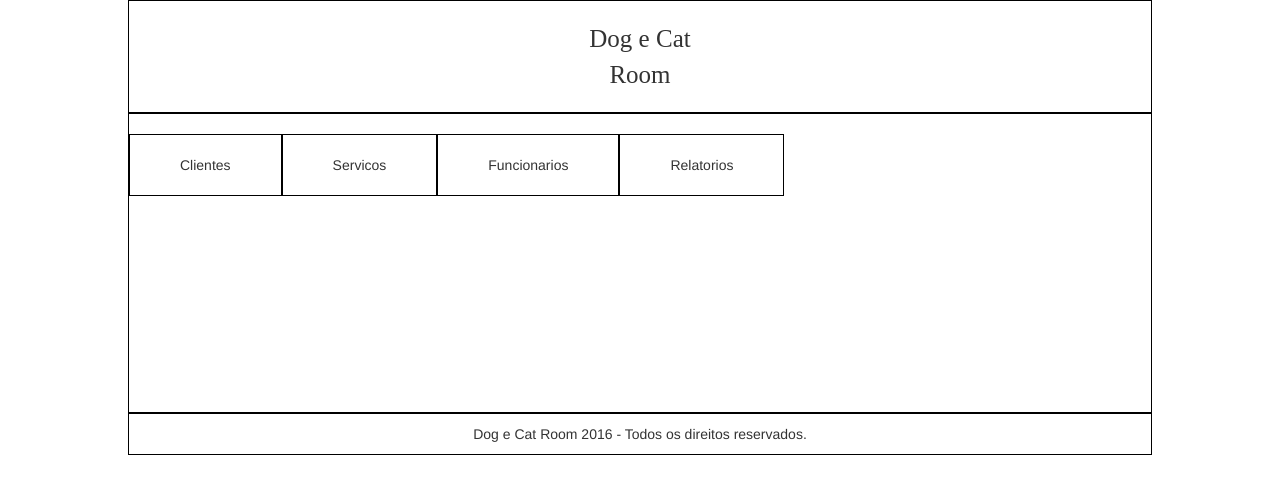
Repository: Natanzx/DogECatRoom
Page: http://localhost/DogECatRoom/principal.jsp
An editor plug-in stored every save of this project. The page is shown before and after the next save, followed by the edit.
The browser window is 1280 px wide. The pictures show the whole page.
The page is served by Tomcat 9.

Above is the page before, as saved 2016-05-15 20:06:22.

After the next save:
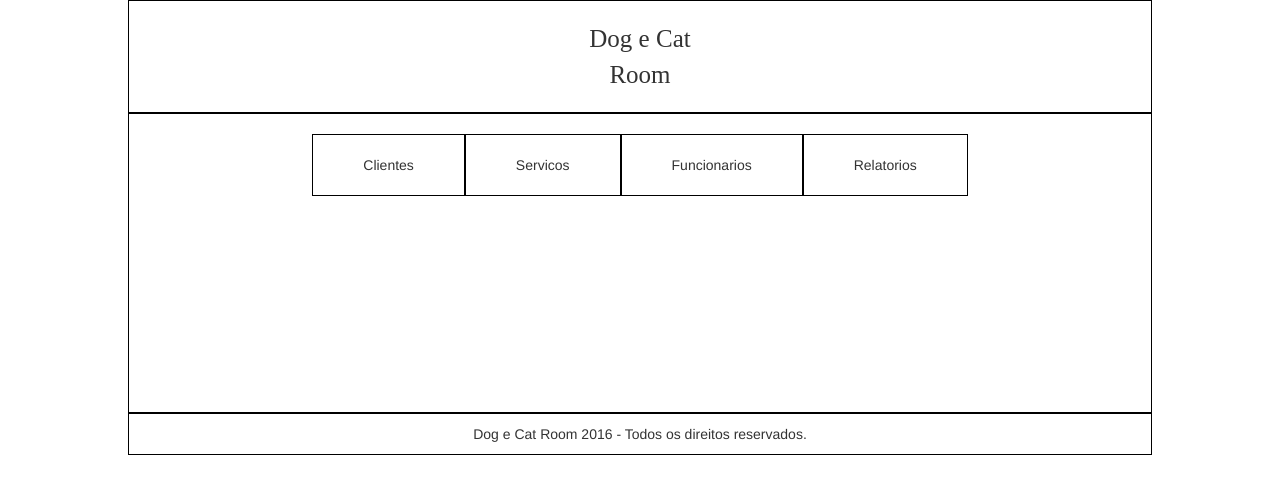
Saved 5 s later.
--- a/DogECatRoom/WebContent/bibliotecas/css/estilos.css
+++ b/DogECatRoom/WebContent/bibliotecas/css/estilos.css
@@ -30,7 +30,7 @@
 	overflow			: auto;
 	position			: relative;
 	display				: table;
-	margin				> auto;
+	margin				: auto;
 }
 
 .divMenu{
